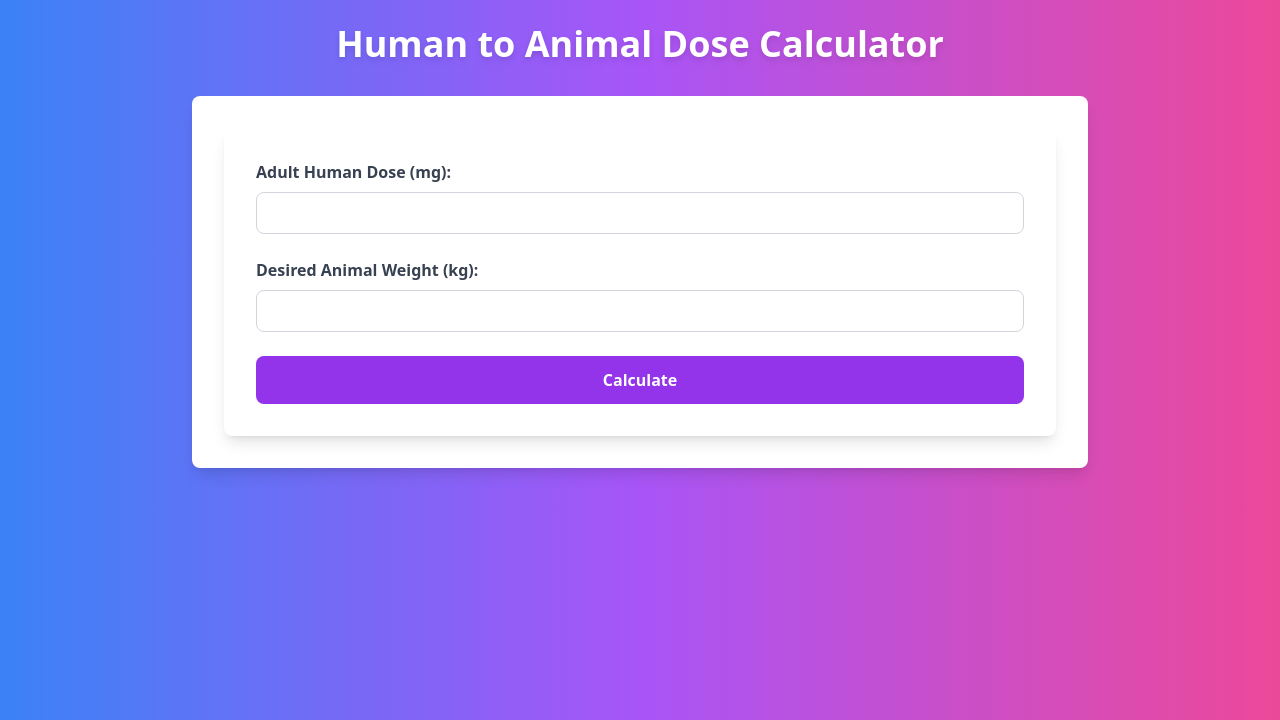
Repository: vigneshcj001/Human-to-Animal-Dose-Calculator
Page: /aboutus
These files come from the project's save history. The page is drawn as it stood at one moment and after the next save; the edit follows.
The browser window is 1280 px wide. The pictures show the whole page.
The project was rebuilt for these pictures with package versions that can differ from the ones it lists, and the page was loaded fresh each time. Also part of the build but not shown: src/ResultsTable.jsx.

Above is the page before, as saved 2025-01-23 09:14:31.

After the next save:
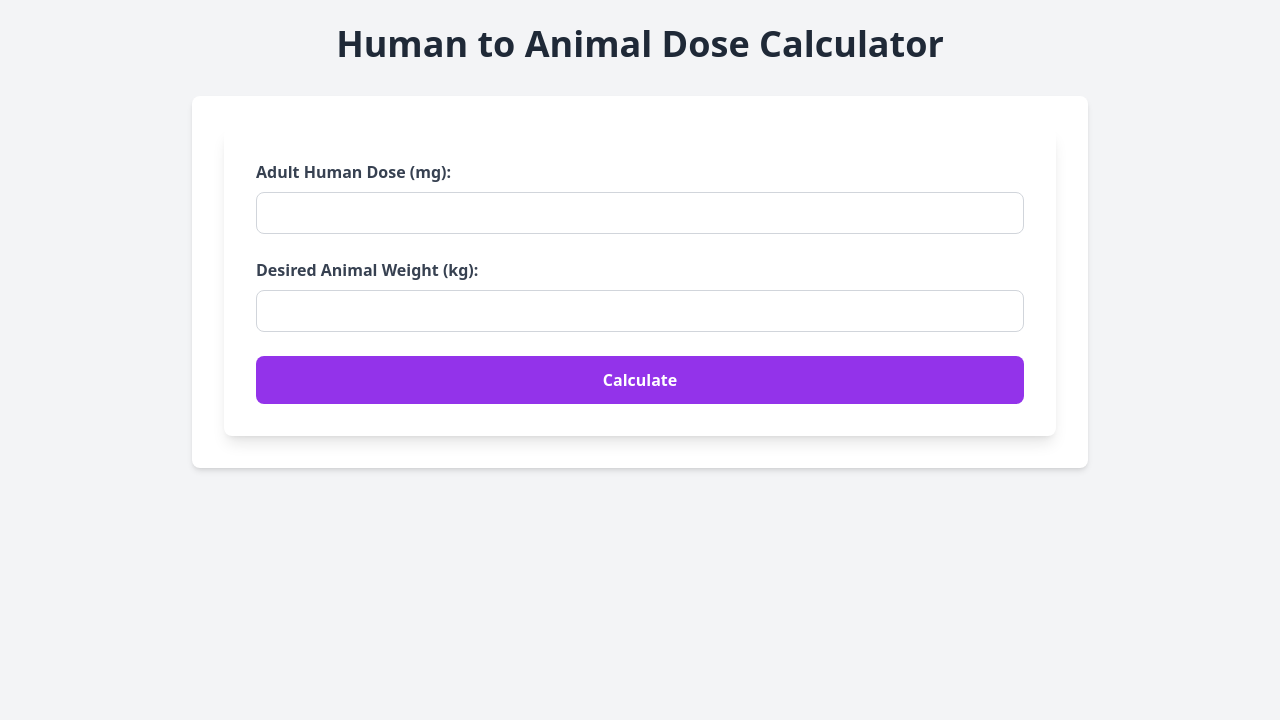
Saved 1 s later.
--- a/src/App.js
+++ b/src/App.js
@@ -10,11 +10,11 @@
   }, []);
 
   return (
-    <div className="min-h-screen bg-gradient-to-r from-blue-500 via-purple-500 to-pink-500 p-6">
-      <h1 className="text-4xl font-extrabold text-center text-white drop-shadow-md mb-8">
+    <div className="min-h-screen bg-gray-100 p-6">
+      <h1 className="text-4xl font-bold text-center text-gray-800 mb-8">
         Human to Animal Dose Calculator
       </h1>
-      <div className="max-w-4xl mx-auto bg-white shadow-lg rounded-lg p-8">
+      <div className="max-w-4xl mx-auto bg-white shadow-md rounded-lg p-8">
         <InputForm onCalculate={handleCalculate} />
         {results.length > 0 && <ResultsTable results={results} />}
       </div>
